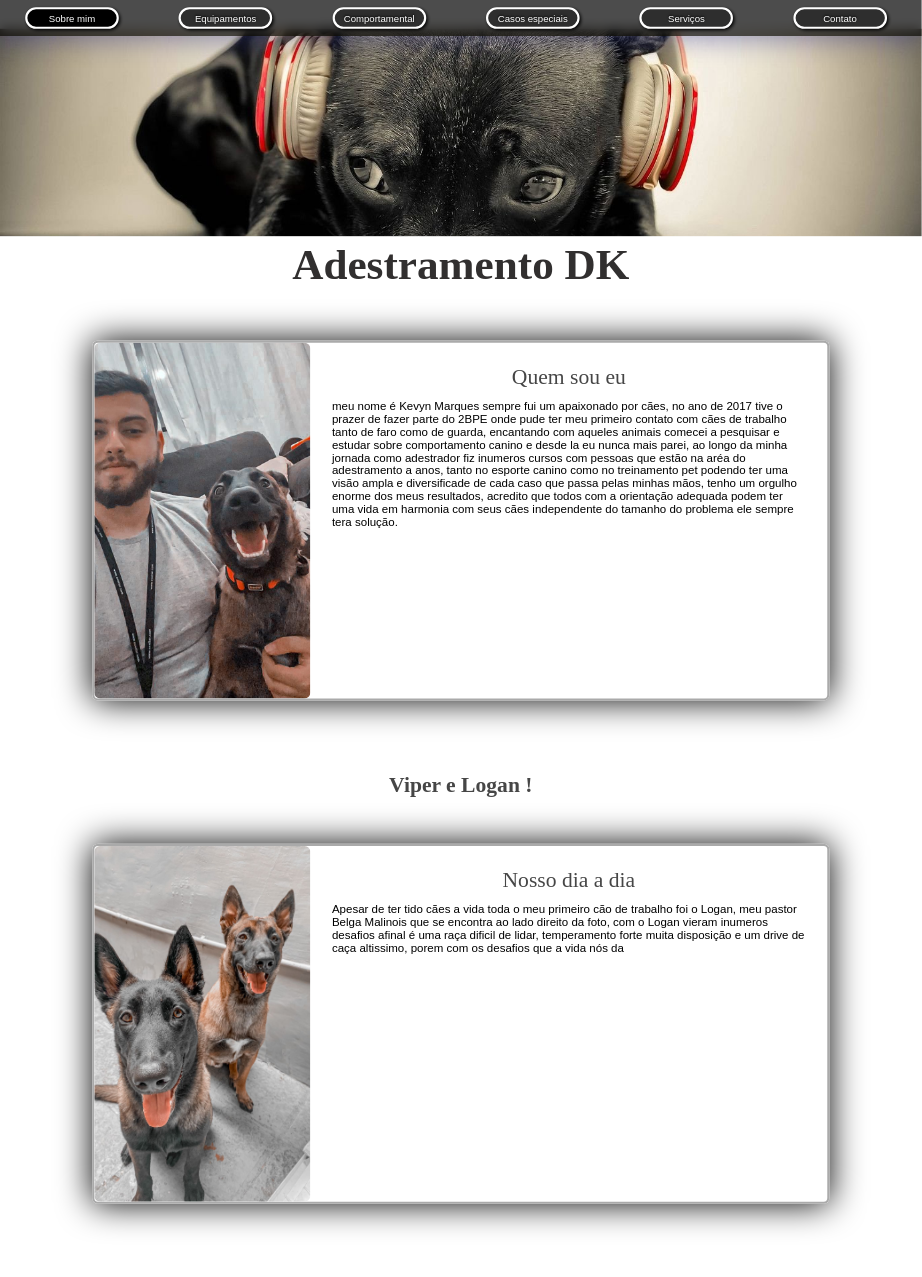
Repository: KevynMarques/Blog-React-StyledComponent
Page: /
The author's editor kept a copy of each file at every save. The page is drawn from the files as they stood at one save, then again after a run of saves.
The browser window is 1280 px wide. The pictures show the whole page, at 72% of full size.
The project was rebuilt for these pictures with package versions that can differ from the ones it lists, and the page was loaded fresh each time. Also part of the build but not shown: src/Components/Equipamentos/index.jsx, src/Components/Comportamental/index.jsx, src/Components/Clientes/index.jsx, src/Components/Serviços/index.jsx, src/Components/Contato/index.jsx.

Above is the page before, as saved 2022-02-21 13:37:48.

After the next 2 saves:
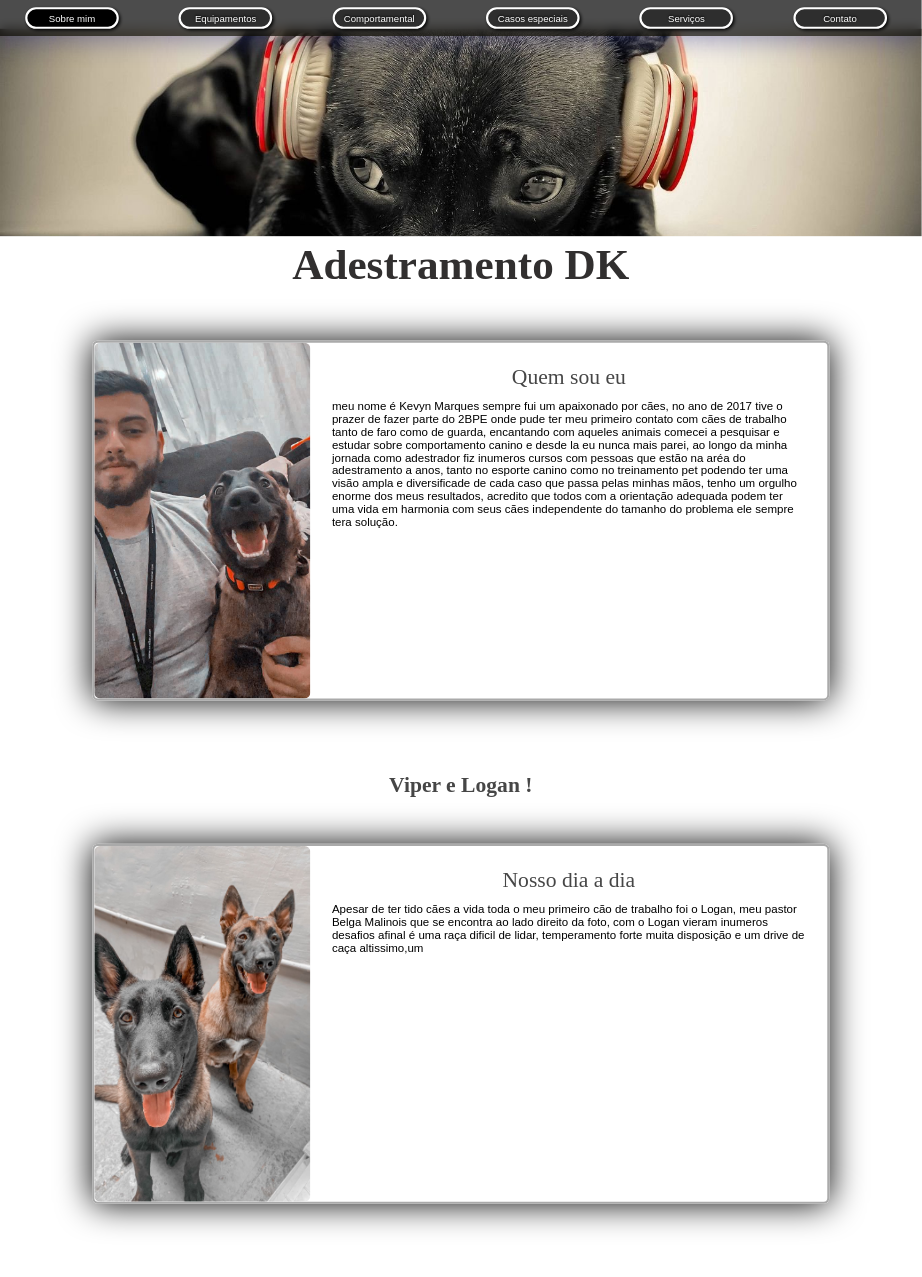
The 2 saves are shown as one change because they came seconds apart.
The last was saved 2 min 17 s later.
--- a/src/Components/Sobre/index.jsx
+++ b/src/Components/Sobre/index.jsx
@@ -42,7 +42,7 @@ export default () => {
        </ContainerIMG>
        <Info>
        <TitleInfo>Nosso dia a dia</TitleInfo>
-       Apesar de ter tido cães a vida toda o meu primeiro cão de trabalho foi o Logan, meu pastor Belga Malinois que se encontra ao lado direito da foto, com o Logan vieram inumeros desafios afinal é uma raça dificil de lidar, temperamento forte muita disposição e um drive de caça altissimo, porem com os desafios que a vida nós da
+       Apesar de ter tido cães a vida toda o meu primeiro cão de trabalho foi o Logan, meu pastor Belga Malinois que se encontra ao lado direito da foto, com o Logan vieram inumeros desafios afinal é uma raça dificil de lidar, temperamento forte muita disposição e um drive de caça altissimo,um
        </Info>
       </ContainerBox>
 </>
